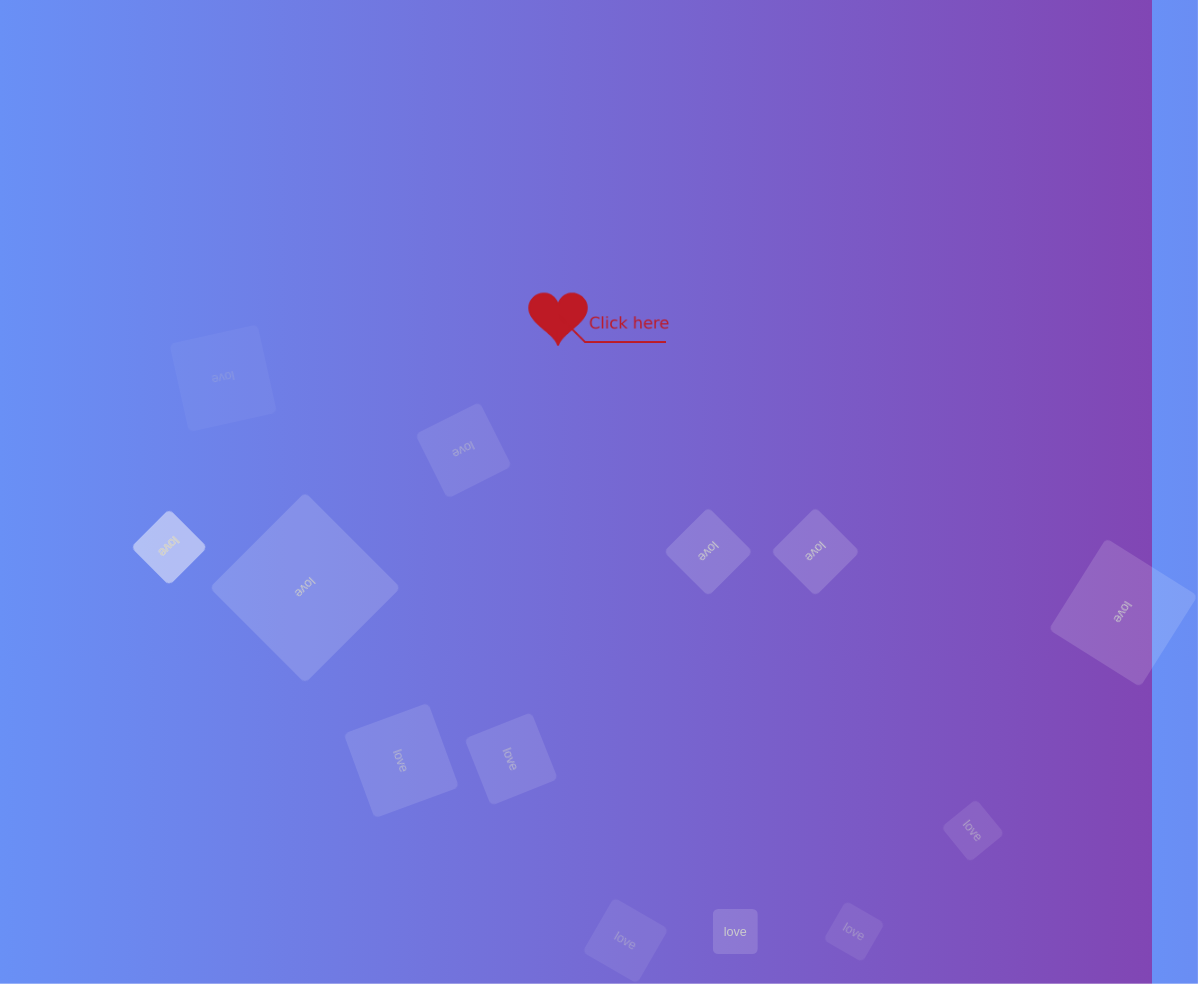
Repository: ddshiyu/qiongqiong
Page: index.html
The author's editor kept a copy of each file at every save. The page is drawn from the files as they stood at one save, then again after a run of saves.
The browser window is 1280 px wide. The page is 1331 px wide, so the pictures cover 1331 px, including what lies to the right of the window. The pictures show the whole page, at 90% of full size.

Above is the page before, as saved 2019-12-31 19:16:11.

After the next 5 saves:
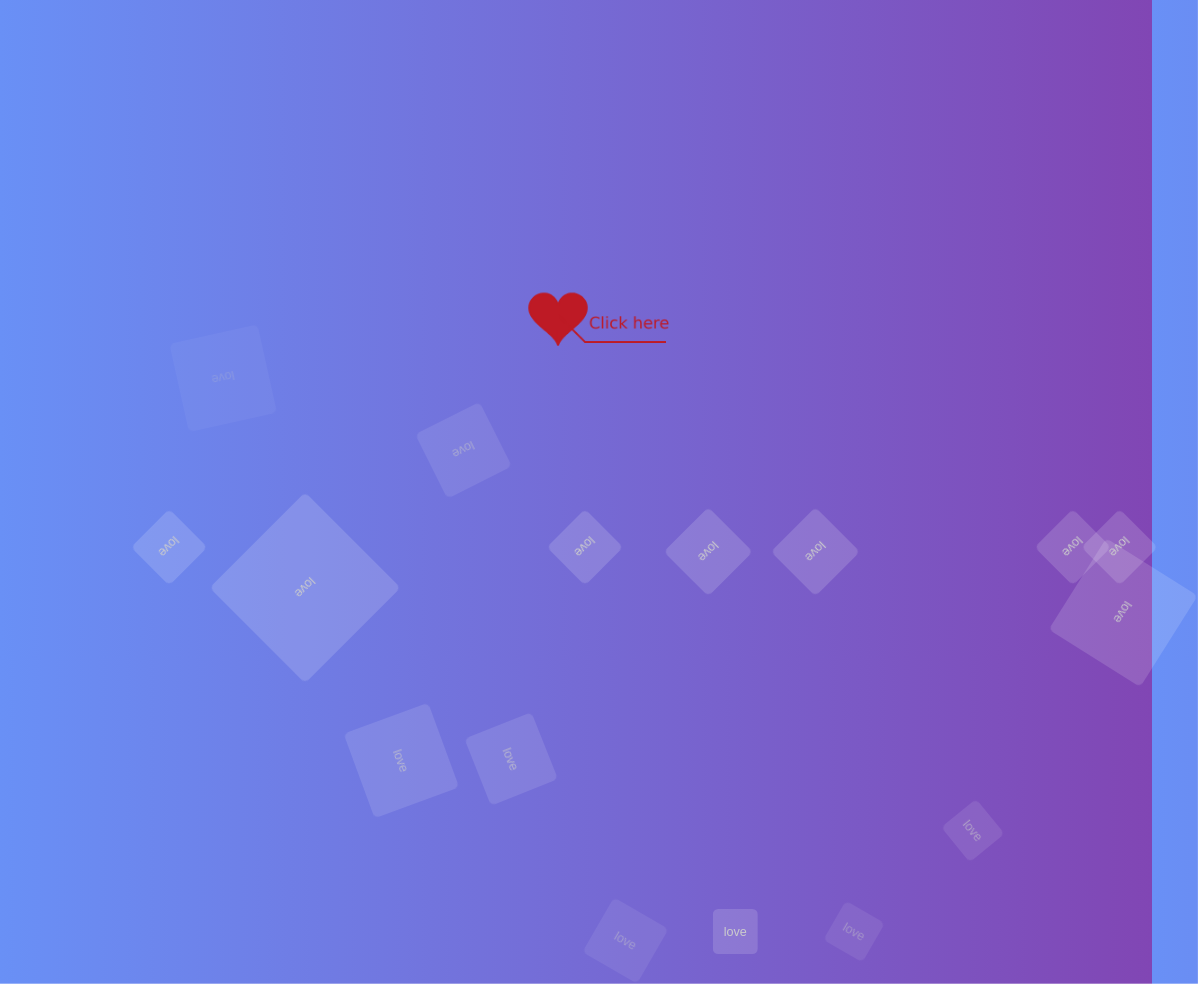
The 5 saves are shown as one change because they came seconds apart.
The last was saved 16 s later.
--- a/index.css
+++ b/index.css
@@ -102,19 +102,19 @@ body{
     height:60px;
     animation-duration:10s;
     width:60px;
-    left:12%;
+    left:92%;
 }
 .ball-box li:nth-child(15){
     height:60px;
     animation-duration:10s;
     width:60px;
-    left:12%;
+    left:88%;
 }
 .ball-box li:nth-child(16){
     height:60px;
     animation-duration:10s;
     width:60px;
-    left:12%;
+    left:47%;
 }
 @keyframes ball{
     0%{
